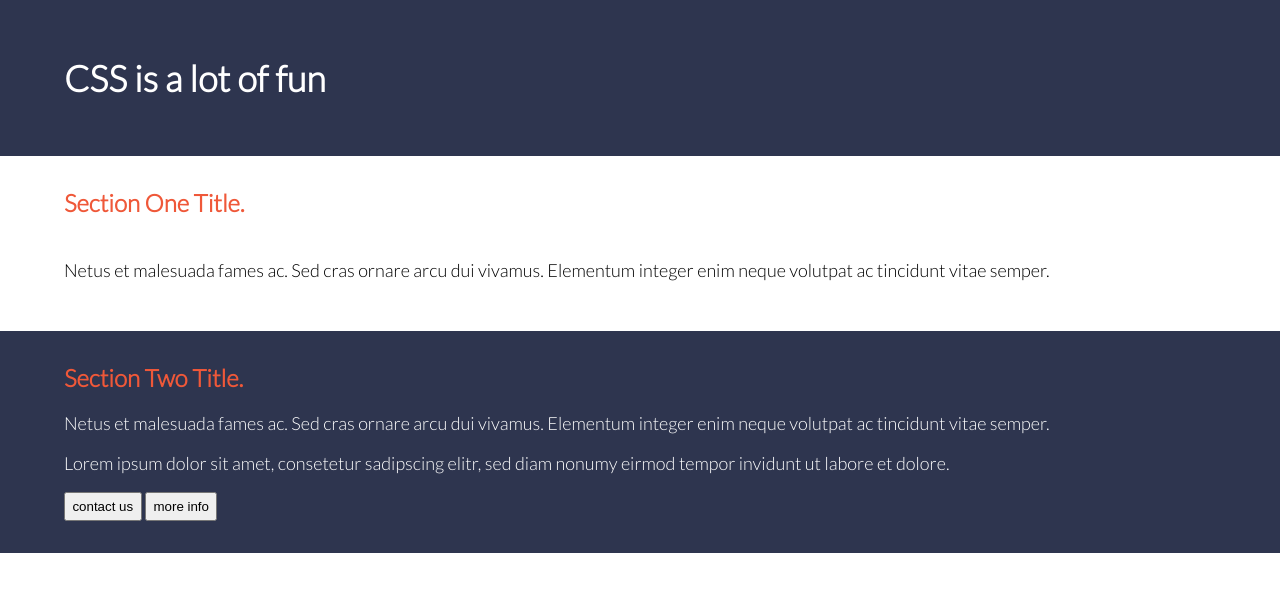
Repository: Doumham-Armah/sample-landing-page
Page: index.html
An editor plug-in stored every save of this project. The page is shown before and after the next save, followed by the edit.
The browser window is 1280 px wide. The pictures show the whole page.

Above is the page before, as saved 2021-08-16 12:53:06.

### index.html
<!DOCTYPE html>
<html lang="en">
  <head>
    <meta charset="UTF-8" />
    <meta http-equiv="X-UA-Compatible" content="IE=edge" />
    <meta name="viewport" content="width=device-width, initial-scale=1.0" />
    <title>Document</title>
    <link rel="preconnect" href="https://fonts.googleapis.com" />
    <link rel="preconnect" href="https://fonts.gstatic.com" crossorigin />
    <link
      href="https://fonts.googleapis.com/css2?family=Lato:wght@300&display=swap"
      rel="stylesheet"
    />
    <link href="./style.css" rel="stylesheet" />
  </head>

  <body>
    <header>
      <div class="container">
        <h1>CSS is a lot of fun</h1>
      </div>
    </header>

    <section class="section-one">
      <div class="container">
        <h2>Section One Title.</h2>
        <img src="" alt="" />
        <p>
          Netus et malesuada fames ac. Sed cras ornare arcu dui vivamus.
          Elementum integer enim neque volutpat ac tincidunt vitae semper.
        </p>
      </div>
    </section>

    <section class="section-two">
      <div class="container">
        <h2>Section Two Title.</h2>
        <p>
          Netus et malesuada fames ac. Sed cras ornare arcu dui vivamus.
          Elementum integer enim neque volutpat ac tincidunt vitae semper.
        </p>
        <p>
          Lorem ipsum dolor sit amet, consetetur sadipscing elitr, sed diam
          nonumy eirmod tempor invidunt ut labore et dolore.
        </p>
        <button class="btn contact">contact us</button>
        <button class="btn info">more info</button>
      </div>
    </section>
  </body>
</html>

### style.css
body {
  margin: 0;
  font-family: "Lato", sans-serif;
  font-size: 18px;
}
.container {
  padding: 2rem 4rem;
}
header,
.section-two {
  background-color: #2e354f;
  color: white;
}

.conatiner h1 {
  font-size: 36px;
}
.container h2 {
  font-size: 24px;
  color: #ef5839;
}
h2,
p {
  margin-top: 0;
}

.btn {
  padding: 0.3rem 0.4rem;
}

After the next save:
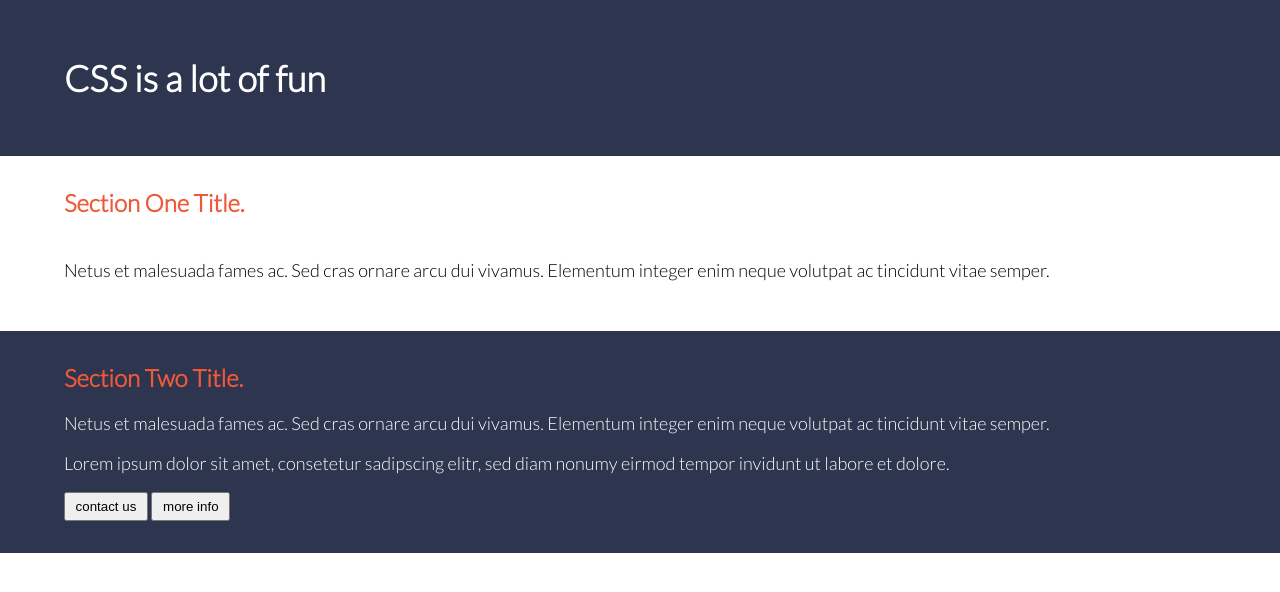
Saved 23 s later.
--- a/style.css
+++ b/style.css
@@ -25,5 +25,5 @@ p {
 }
 
 .btn {
-  padding: 0.3rem 0.4rem;
+  padding: 0.3rem 0.6rem;
 }
